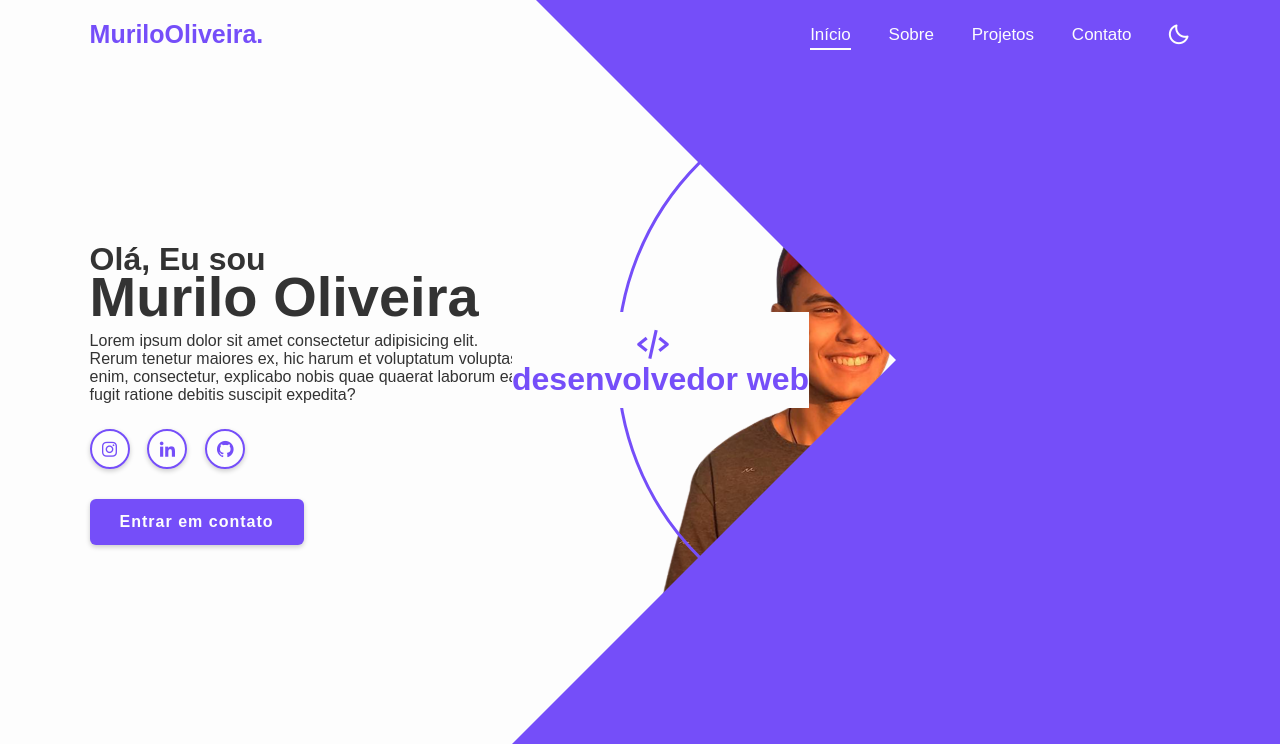
Repository: devMuriloOliveira/Portfolio-
Page: index.html
An editor plug-in stored every save of this project. The page is shown before and after the next save, followed by the edit.
The browser window is 1280 px wide. The pictures show the whole page.
Some web fonts or font styles are not loaded; a fallback is used.

Above is the page before, as saved 2023-03-11 15:28:32.

### index.html
<!DOCTYPE html>
<html lang="en">
  <head>
    <meta charset="UTF-8" />
    <meta http-equiv="X-UA-Compatible" content="IE=edge" />
    <meta name="viewport" content="width=device-width, initial-scale=1.0" />
    <title>Murilo Oliveira</title>

    <!--box icons-->
    <link
      href="https://unpkg.com/boxicons@2.1.4/css/boxicons.min.css"
      rel="stylesheet"
    />

    <!--font-->
    <link
      rel="stylesheet"
      href="https://fonts.googleapis.com/css2?family=Material+Symbols+Outlined:opsz,wght,FILL,GRAD@20..48,100..700,0..1,-50..200"
    />

    <!--css-->
    <link rel="stylesheet" href="style.css" />
  </head>
  <body>
    <header class="header">
      <a class="logo" href="#">Murilo<span>Oliveira</span>.</a>

      <nav class="navbar">
        <a href="#inicio" class="active">Início</a>
        <a href="#sobre">Sobre</a>
        <a href="#projetos">Projetos</a>
        <a href="#contato">Contato</a>
      </nav>

      <div class="bx bx bx-moon" id="darkMode-icon"></div>
    </header>

    <section class="inicio" id="inicio">
      <div class="inicio-content">
        <h3>Olá, Eu sou</h3>
        <h1>Murilo Oliveira</h1>
        <p>
          Lorem ipsum dolor sit amet consectetur adipisicing elit. Rerum tenetur
          maiores ex, hic harum et voluptatum voluptas enim, consectetur,
          explicabo nobis quae quaerat laborum ea fugit ratione debitis suscipit
          expedita?
        </p>

        <div class="social-media">
          <a href="#"><i class="bx bxl-instagram"></i></a>
          <a href="#"><i class="bx bxl-linkedin"></i></a>
          <a href="#"><i class="bx bxl-github"></i></a>
        </div>

        <a href="#" class="btn">Entrar em contato</a>
      </div>

      <div class="profession-container">
        <div class="profession-box">
          <div class="profession" style="--i: 0">
            <i class="bx bx-code-alt"></i>
            <h3>desenvolvedor web</h3>
          </div>
          <div class="profession" style="--i: 1">
            <i class="bx bx-code-alt"></i>
            <h3>desenvolvedor web</h3>
          </div>
          <div class="profession" style="--i: 2">
            <i class="bx bx-code-alt"></i>
            <h3>desenvolvedor web</h3>
          </div>
          <div class="profession" style="--i: 3">
            <i class="bx bx-code-alt"></i>
            <h3>desenvolvedor web</h3>
          </div>
          <div class="circle"></div>
        </div>

        <div class="overlay"></div>
      </div>

      <div class="inicio-img">
        <img src="assets/homem_sorrindo-removebg-preview.png" alt="" />
      </div>
    </section>
    <script src="js/script.js"></script>
  </body>
</html>

### style.css
*{
  margin: 0;
  padding: 0;
  box-sizing: border-box;
  text-decoration: none;
  border: none;
  outline: none;
  scroll-behavior: smooth;
  font-family: 'Poppins', sans-serif;
}

:root{
  --bg-color: #fdfdfd;
  --text-color: #333;
  --main-color: #754ef9;
  --white-color: #fdfdfd;
  --shadow-color: rgba(0, 0, 0, .2);
}

html{
  font-size: 62.5%;
  overflow-x: hidden;
}

body{
  background: var(--bg-color);
  color: var(--text-color);
}

.header{
  position: fixed;
  top: 0;
  left: 0;
  width: 100%;
  padding: 2rem 7%;
  background: transparent;
  display: flex;
  align-items: center;
  z-index: 100;
}

.logo{
  font-size: 2.5rem;
  color: var(--main-color);
  font-weight: 600;
  cursor: default;
  margin-right: auto;
}

.navbar a{
  position: relative;
  font-size: 1.7rem;
  color: var(--white-color);
  font-weight: 500;
  margin-right: 3.5rem;
}

.navbar a.active::before{
  content: '';
  position: absolute;
  left: 0;
  bottom: -6px;
  width: 100%;
  height: .2rem;
  background: var(--white-color);
}

#darkMode-icon{
  font-size: 2.4rem;
  color: var(--white-color);
  cursor: pointer;
}

section{
  min-height: 100vh;
  padding: 10rem 7% 2rem;
}

.inicio{
  display: flex;
  align-items: center;
}

.inicio .inicio-content{
  max-width: 44rem;
}

.inicio-content h3{
  font-size: 3.2rem;
  font-weight: 700;
  line-height: .3;
}

.inicio-content h1{
  font-size: 5.6rem;
  font-weight: 700;
  margin-bottom: .3rem;
}

.inicio-content p{
  font-size: 1.6rem;
}

.inicio-content .social-media a{
  display: inline-flex;
  justify-content: center;
  align-items: center;
  width: 4rem;
  height: 4rem;
  background: transparent;
  border: .2rem solid var(--main-color);
  border-radius: 50%;
  box-shadow: 0 .2rem .5rem var(--shadow-color);
  font-size: 2rem;
  color: var(--main-color);
  margin: 2.5rem 1.5rem 3rem 0;
  transition: .5s ease;
}

.inicio-content .social-media a:hover{
  background: var(--main-color);
  color: var(--white-color);
}

.btn{
  display: inline-block;
  padding: 1.2rem 2.8rem;
  background: var(--main-color);
  border-radius: .6rem;
  box-shadow: 0 .2rem .5rem var(--shadow-color);
  font-size: 1.6rem;
  color: var(--white-color);
  letter-spacing: .1rem;
  font-weight: 600;
  border: .2rem solid transparent;
  transition: .5s ease;
}

.btn:hover{
  background: transparent;
  color: var(--main-color);
  border-color: var(--main-color);
}

.inicio .profession-container{
  position: absolute;
  top: 50%;
  right: 0;
  transform: translateY(-50%);
  width: 768px;
  height: 768px;

  overflow: hidden;
  pointer-events: none;
}

.inicio .profession-container .profession-box{
  position: absolute;
  top: 0;
  right: 0;
  width: 768px;
  height: 768px;
  border-radius: 50%;
  display: flex;
  justify-content: center;
  align-items: center;
}

.inicio .profession-box .profession{
  position: absolute;
  left: 0;
  display: flex;
  align-items: center;
  flex-direction: column;
  color: var(--main-color);
  transform: rotate(calc(360deg / 4 * var(--i)));
  transform-origin: 384px;
  background: var(--bg-color);
  padding: 13px 0;
}

.inicio .profession-box .profession:nth-child(1) i {
  margin-right: 15px;
}

.inicio .profession-box .profession:nth-child(2),
.inicio .profession-box .profession:nth-child(4) {
  padding-bottom: 20px;
}

.inicio .profession i{
  font-size: 3.8rem;
}

.inicio .profession h3{
  font-size: 3.2rem;
  line-height: 1;
  font-weight: 600;
}

.inicio .profession-box .circle{
  width: 560px;
  height: 560px;

  border: 3px solid var(--main-color);
  border-radius: 50%;
}

.inicio .profession-container .overlay{
  position: absolute;
  top: 0;
  right: 0;
  width: 0;
  height: 0;
  border-top: 384px solid var(--main-color);
  border-right: 384px solid var(--main-color);
  border-bottom: 384px solid var(--main-color);
  border-left: 384px solid transparent;

}

Loaded but not shown: js/script.js (no copy from this time; the picture is the same without it)

After the next save:
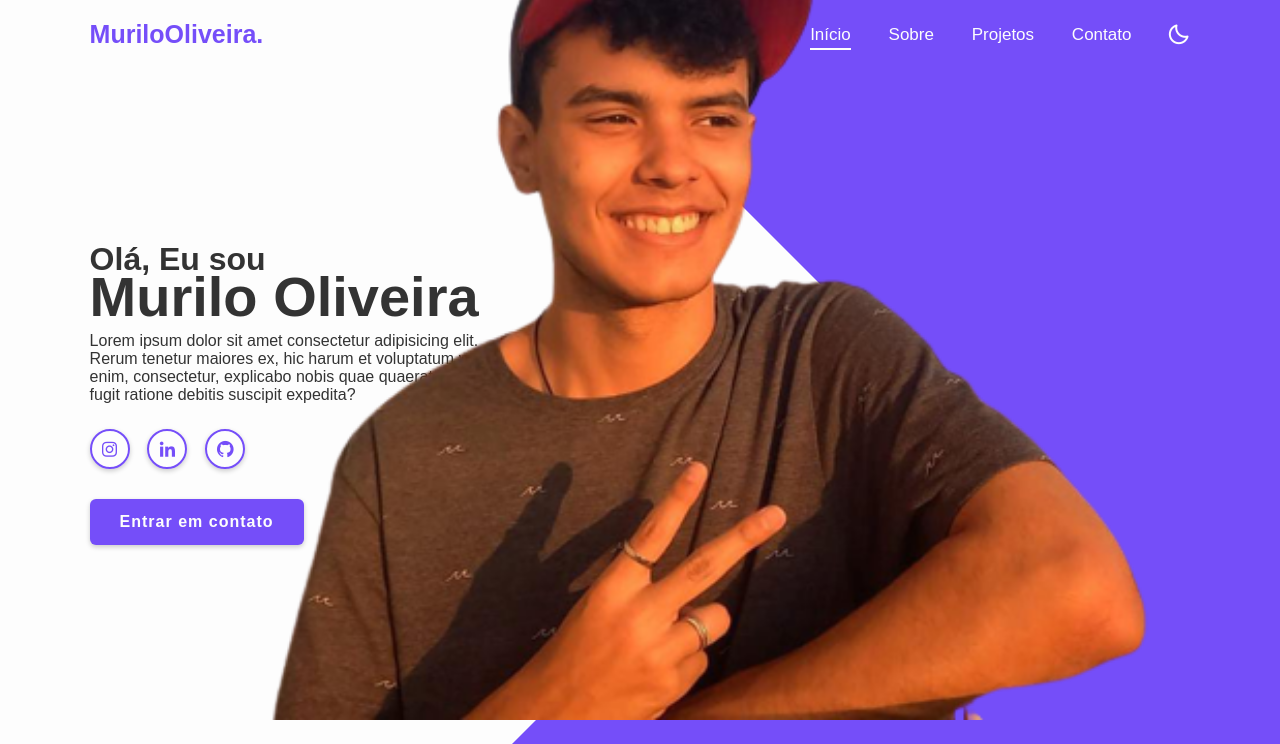
Saved 91 s later.
--- a/style.css
+++ b/style.css
@@ -218,3 +218,10 @@ section{
   border-left: 384px solid transparent;
 
 }
+
+.inicio-img img{
+  position: absolute;
+  bottom: 0;
+  right: 0;
+  width: 100%;
+}
